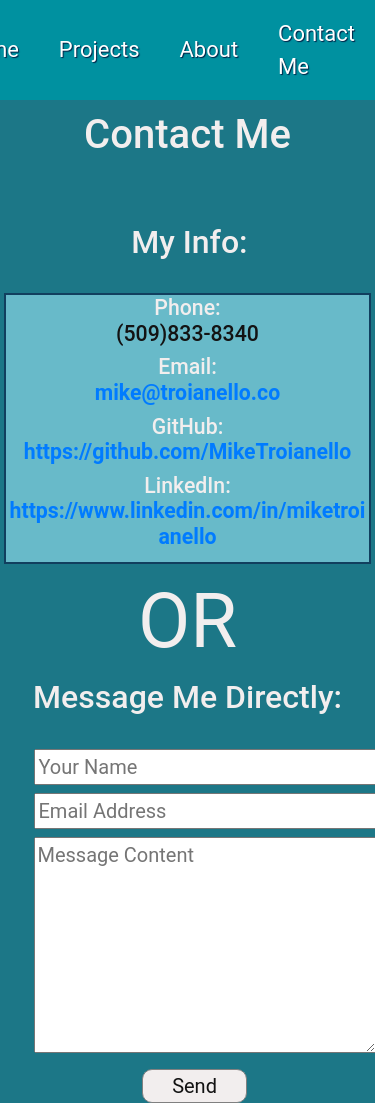
Repository: MikeTroianello/troianello
Page: /contact
These files come from the project's save history. The page is drawn as it stood at one moment and after the next save; the edit follows.
The browser window is 375 px wide. The pictures show the whole page.
The project was rebuilt for these pictures with package versions that can differ from the ones it lists, and the page was loaded fresh each time. Also part of the build but not shown: src/components/context-sensitive/Greet.js, src/components/locations/Home.js, src/components/locations/About/About.css, src/components/locations/About/AboutMobile.css, src/components/locations/About/About.js, src/components/cards/RainbowDay.js, src/components/cards/CanvasBubbles.js, src/components/cards/projectCard.css and 4 more.

Above is the page before, as saved 2019-08-03 00:40:10.

### public/index.html
<!DOCTYPE html>
<html lang="en">
  <head>
    <meta charset="utf-8" />
    <link rel="shortcut icon" href="%PUBLIC_URL%/favicon.ico" />
    <meta name="viewport" content="width=device-width, initial-scale=1" />
    <meta name="theme-color" content="#000000" />
    <!--
      manifest.json provides metadata used when your web app is installed on a
      user's mobile device or desktop. See https://developers.google.com/web/fundamentals/web-app-manifest/
    -->
    <link rel="manifest" href="%PUBLIC_URL%/manifest.json" />
    <!--
      Notice the use of %PUBLIC_URL% in the tags above.
      It will be replaced with the URL of the `public` folder during the build.
      Only files inside the `public` folder can be referenced from the HTML.

      Unlike "/favicon.ico" or "favicon.ico", "%PUBLIC_URL%/favicon.ico" will
      work correctly both with client-side routing and a non-root public URL.
      Learn how to configure a non-root public URL by running `npm run build`.
    -->
    <title>MIKE TROIANELLO</title>
  </head>
  <body>
    <noscript>You need to enable JavaScript to run this app.</noscript>
    <div id="root"></div>
  </body>
</html>

### src/App.js
import React, { Component } from 'react';
import { BrowserRouter as Router, Route, Switch } from 'react-router-dom';
import Header from './components/Header';
import Home from './components/locations/Home';
import About from './components/locations/About/About';
import Projects from './components/locations/Projects';
import Contact from './components/locations/Contact/Contact';
import NotFound from './components/locations/NotFound';
import Greet from './components/context-sensitive/Greet.js';
import './App.css';

class App extends Component {
  // state = {
  //   header: '',
  //   hours: new Date().getHours()
  // };

  // componentDidMount() {
  //   window.addEventListener('scroll', this.handleScroll);
  // }

  // componentWillUnmount() {
  //   window.removeEventListener('scroll', this.handleScroll);
  // }

  // handleScroll = event => {
  //   let scrollTop = event.srcElement.body.scrollTop;
  //   console.log(window.scrollY);
  //   // if(window.scrollY > 200 && this.state.header) {
  //   if (window.scrollY < 88) {
  //     this.setState({ header: '' });
  //     console.log(this.state.header);
  //   }
  //   if (window.scrollY > 88 && window.scrollY < 502) {
  //     this.setState({ header: <Greet classname='header-greet' /> });
  //     console.log(this.state.header);
  //   }
  //   if (window.scrollY > 503 && window.scrollY < 1266) {
  //     this.setState({ header: 'My Projects' });
  //     console.log(this.state.header);
  //   }
  //   if (window.scrollY > 1267) {
  //     this.setState({ header: 'About Me' });
  //     console.log(this.state.header);
  //   }
  // };

  render() {
    return (
      <div className='App'>
        <Router>
          {/* <Header showHeader={this.state.header} /> */}
          <Header />
          <div>
            <Switch>
              <Route exact path='/' component={Home} />
              <Route exact path='/about' component={About} />
              <Route exact path='/projects' component={Projects} />
              <Route exact path='/contact' component={Contact} />
              <Route component={NotFound} />
            </Switch>
          </div>
        </Router>
      </div>
    );
  }
}

export default App;

### src/components/Header.js
import React, { Component } from 'react';
import { Link } from 'react-router-dom';
import Greet from '../components/context-sensitive/Greet.js';

export default class Header extends Component {
  render() {
    // let headerClass = this.props.showHeader ? 'header' : 'header transition';
    // if(this.props.showHeader == "time"){
    //   this.props.showHeader = <Greet/>
    // }
    /* <div className={headerClass}> */
    return (
      <div className='header'>
        <div className='links'>
          {/* <div className='logo'>
            <Link to='/'>Mt</Link>
          </div> */}
          <Link to='/' className='logo-2'>
            <h1 className='mt-logo'>Mt</h1>
          </Link>
          <div>{this.props.showHeader}</div>

          <div className='individual-link'>
            <Link to='/'>Home</Link>
          </div>
          <div className='individual-link'>
            <Link to='/projects'>Projects</Link>
          </div>
          <div className='individual-link'>
            <Link to='/about'>About</Link>
          </div>
          <div className='individual-link test'>
            <Link to='/contact'>Contact Me</Link>
          </div>
        </div>
      </div>
    );
  }
}

### src/components/locations/Contact/Contact.js
import React from 'react';
import './Contact.css';
import './ContactMobile.css';

export default function Contact() {
  return (
    <div className='contact-page'>
      <h1 className='contact-center'>Contact Me</h1>
      <div className='row'>
        <div className='col-sm-5 contact-side-one'>
          <h2 className='contact-center-one'>My Info:</h2>
          <div className='contact-side-one-box'>
            <h3>
              Phone:
              <br />
              <span className='contact-number'>(509)833-8340</span>
            </h3>
            <h3>
              <h3>
                Email:
                <br />
                <strong>
                  <a
                    href='mailto:mike@troianello.co'
                    target='_blank'
                    rel='noopener noreferrer'
                  >
                    mike@troianello.co
                  </a>
                </strong>
              </h3>
              GitHub:
              <br />
              <strong>
                <a
                  href='https://github.com/MikeTroianello'
                  target='_blank'
                  rel='noopener noreferrer'
                >
                  https://github.com/MikeTroianello
                </a>
                <br />
              </strong>
            </h3>
            <h3>
              LinkedIn: <br />
              <strong>
                <a
                  href='https://www.linkedin.com/in/miketroianello'
                  target='_blank'
                  rel='noopener noreferrer'
                >
                  https://www.linkedin.com/in/miketroianello
                </a>
              </strong>
            </h3>
          </div>
        </div>
        <div className='col-sm-2 or'>OR</div>
        <div className='col-sm-5 contact-side-two'>
          <h2 className='contact-center-two'>Message Me Directly:</h2>
          <form
            className='contact-message'
            action='https://formspree.io/mike@troianello.co'
            method='POST'
          >
            <label>
              <input
                type='name'
                name='name'
                className='contact-message-input'
                placeholder='Your Name'
              />
            </label>
            <label>
              <input
                type='email'
                name='email'
                className='contact-message-input'
                placeholder='Email Address'
              />
            </label>
            <label>
              <textarea
                rows='7'
                name='content'
                className='contact-message-input'
                placeholder='Message Content'
              />
            </label>
            <button className='contact-button'>Send</button>
          </form>
        </div>
      </div>
    </div>
  );
}

### src/App.css
:root {
  --off-black: #131313;
  --off-white: #f2eeee;
}

.App {
  font-family: 'roboto';
}
@import url('https://fonts.googleapis.com/css?family=Chivo&display=swap');
@import url('https://fonts.googleapis.com/css?family=Roboto&display=swap');
@import url('https://fonts.googleapis.com/css?family=Exo+2:800&display=swap');

.App-header {
  background-color: #282c34;
  min-height: 100vh;
  display: flex;
  flex-direction: column;
  /* align-items: center; */
  justify-content: center;
  font-size: calc(10px + 2vmin);
  /* color: white; */
}

/* .App-link {
  color: #61dafb;
} */

body {
  padding-top: 47px;
}

div {
  font-size: 20px;
}

p {
  margin-left: 4em;
  color: var(--off-black);
}

/* HEADER */

.header {
  background-color: #0091a0;
  /* background-color: #192e6c; */
  overflow: hidden;
  position: fixed;
  top: 0;
  width: 100%;
  height: 100px;
  z-index: 1;
  transition: all 0.5s;
}

.header.transition {
  transition: all 0.5s;
}

.header a {
  text-decoration: none;
  font-family: 'roboto';
  color: white;
  text-shadow: 1px 1px 1px #002145;
  font-size: 1.1em;
}

/* HOME PAGE */

/* .home-bg {
  height: 300vh;
} */

.link {
  margin-left: 15em;
}

.link a {
  color: var(--off-white);
  background-color: #0091a0;
  border-style: solid;
  border-color: #a2d7dc;
  border-width: 2px;
  font-size: 1.75em;
  padding: 0.5em;
  /* border-radius: 5px; */
}

.home-top {
  background-color: #0091a0;
  height: 65vh;
  width: 100%;
  transform: skewY(-5deg);
  margin-top: -5vh;
  padding: 0;
}

.home-top h1 {
  text-align: center;
  color: var(--off-white);
  font-size: 5em;
  padding-left: 0.6em;
  padding-top: 0.8em;
  margin-bottom: 0;
  padding-bottom: 0;
  transform: skewY(5deg);
  text-shadow: 1px 1px 1px #007783;
}

.home-top h2 {
  text-align: center;
  color: var(--off-white);
  padding-left: 0.6em;
  margin-bottom: 0;
  padding-bottom: 0;
  transform: skewY(5deg);
  text-shadow: 1px 1px 1px #007783;
}

.home-typewriter-setup {
  /* position: relative;
    width: 29em;
    margin: 0 auto;
    text-align: center;
    white-space: nowrap;
    overflow: hidden; */
  position: relative;
  width: 24em;
  margin: 10vh auto;
  border-right: 3px solid rgba(255, 255, 255, 0.75);
  font-size: 180%;
  text-align: center;
  white-space: nowrap;
  overflow: hidden;
}

.home-typewriter-animation {
  animation: typewriter 4s steps(65) 1s 1 normal both,
    blinkTextCursor 1000ms steps(40) infinite normal;
}

@keyframes typewriter {
  from {
    width: 0;
  }
  to {
    width: 29.5em;
  }
}
@keyframes blinkTextCursor {
  from {
    border-right-color: rgba(255, 255, 255, 0.75);
  }
  to {
    border-right-color: transparent;
  }
}

.home-fade1 {
  height: 2vh;
  width: 100%;
  background-color: #a2d7dc;
  transform: skewY(-5deg);
  margin-top: -1vh;
}

.home-fade2 {
  height: 1vh;
  width: 100%;
  background-color: #e1e3e5;
  /* margin-top: -1vh; */
}

.home-about {
  height: 105vh;
  background: url('./components/images/pics/album-pics/thumbnail-3.jpg')
    no-repeat;
  background-size: 100% auto;
  background-position: 0 -30vh;
  /* background-repeat: no-repeat; */
  /* background-color: #909a9f; */
}

.home-about h1 {
  color: var(--off-white);
  font-size: 4.25em;
  margin-left: 1.25em;
}

.home-projects {
  font-size: 2em;
  padding-top: 1em;
  height: 110vh;
}

.home-projects h1 {
  color: var(--off-black);
  font-size: 2em;
  text-align: center;
}

.home-album-text {
  mix-blend-mode: difference;

  /* mix-blend-mode: exclusion; */
}

.home-contact {
  height: 50vh;
}

.home-contact h1 {
  font-size: 4.5em;
  margin-left: 1em;
  color: var(--off-white);
}

/* PROJECTS PAGE */

.projects {
  background-color: #1c7787;
  color: var(--off-white);
  /* height: 104vh; */
  /* margin-top: -3em; */
  padding-top: 3em;
  overflow: hidden;
  min-height: 97.45vh;
}

.project-box {
  display: flex;
  flex-wrap: wrap;
  justify-content: space-around;
  text-decoration: none;
  /* margin: 1vh 0; */
}

/* .project-box :hover {
  background: rgba(0, 0, 0, 1);
} */

.projects-title {
  text-align: center;
}

.projects-technologies {
  padding: 10vh 0 0 1.33vw;
  background-color: #1c7787;
  border-right: 1.5px solid black;
}

/* COLOR SCHEME REMAINING CLASSES DON'T DELETE YET!!!! */

/* .container-fluid {
  height: 500px;
} */

/* .row {
  height: 500px;
} */

.links {
  display: flex;
  justify-content: flex-end;
  align-items: center;
}

.individual-link {
  margin: 0 1em;
}

/* logo */

.logo {
  color: white;
  padding: 1px 6px;
  font-size: 1.35em;
  font-weight: bold;
  border-style: solid;
  border-color: White;
  border-width: 2px;
  margin: 20px auto 20px 15px;
}

.logo-2 {
  color: white;
  padding: 1px 6px 0;
  font-weight: bold;
  border-style: solid;
  border-color: White;
  border-width: 2px;
  margin: 20px auto 20px 15px;
}

.mt-logo {
  margin: 3px 0;
}

.react {
  animation-name: spin;
  animation-duration: 35s;
  animation-iteration-count: infinite;
  animation-timing-function: linear;
}

@keyframes spin {
  from {
    transform: rotate(0deg);
  }
  to {
    transform: rotate(360deg);
  }
}

/* table,
th,
td {
  border: 2px solid black;
}

td {
  font-size: 2em;
} */

### src/components/locations/Contact/Contact.css
.contact-page {
  background-color: #1c7787;
  color: var(--off-white);
  /* height: 101.8vh; HERE */
  min-height: 101.8vh;
  overflow: hidden;
  margin-top: -3em;
  padding-top: 3em;
}

.contact-page h1 {
  margin: 8vh;
}

/* .contact-side-one {
  } */

.contact-side-one-box {
  border: 2px solid #113f5e;
  background-color: rgba(137, 215, 229, 0.7);
  text-align: center;
  margin-left: 1vw;
  margin-right: 1vw;
  padding-bottom: 5px;
  word-wrap: break-word;
}

.contact-number {
  color: var(--off-black);
}

.contact-center {
  text-align: center;
  margin-bottom: 4vh;
}

.contact-center-one {
  text-align: center;
  margin-bottom: 4vh;
  margin-left: 1vw;
}

.contact-center-two {
  text-align: center;
  margin-bottom: 4vh;
}

.or {
  margin-bottom: 15vh;
  display: flex;
  justify-content: center;
  align-items: center;
  font-size: 3.8em;
  color: var(--off-white);
}

/* .contact-side-two{
    display: flex;
  } */

.contact-message {
  flex-direction: column;
  /* align-items:center; */
  display: flex;
}

.contact-message-input {
  width: 90%;
}

.contact-button {
  width: 30%;
  border: 1px solid gray;
  border-radius: 10px;
  color: var(--off-black);
  background: var(--off-white);
  margin-left: 32%;
}

### src/components/locations/Contact/ContactMobile.css
@media (max-width: 425px) {
  .contact-page {
    min-height: 101.8vh;
    overflow: hidden;
    margin-top: -3em;
    padding-top: 3em;
  }

  .contact-page h1 {
    margin: 8vh;
  }

  .contact-page h3 {
    font-size: 1.33rem;
  }

  /* .contact-side-one {
  } */

  .contact-side-one-box {
    border: 2px solid #113f5e;
    background-color: rgba(137, 215, 229, 0.7);
    text-align: center;
    margin-left: 1vw;
    margin-right: 1vw;
    padding-bottom: 5px;
    word-wrap: break-word;
  }

  .contact-number {
    color: var(--off-black);
  }

  .contact-center {
    text-align: center;
    margin-bottom: 4vh;
  }

  .contact-center-one {
    text-align: center;
    margin-bottom: 4vh;
    margin-left: 1vw;
  }

  .contact-center-two {
    text-align: center;
    margin-bottom: 4vh;
  }

  .or {
    margin-bottom: 0 !important;
    display: flex;
    justify-content: center;
    align-items: center;
    font-size: 3.8em;
    color: var(--off-white);
  }

  /* .contact-side-two{
    display: flex;
  } */

  .contact-message {
    margin: 0 -4px 0 31px;
  }

  .contact-message-input {
    width: 98%;
    margin-left: 1%;
  }

  .contact-button {
    width: 30%;
    border: 1px solid gray;
    border-radius: 10px;
    color: var(--off-black);
    background: var(--off-white);
    margin-left: 32%;
  }
}

Loaded but not shown: src/index.js (common file); src/index.css (common file); src/serviceWorker.js (common file)

After the next save:
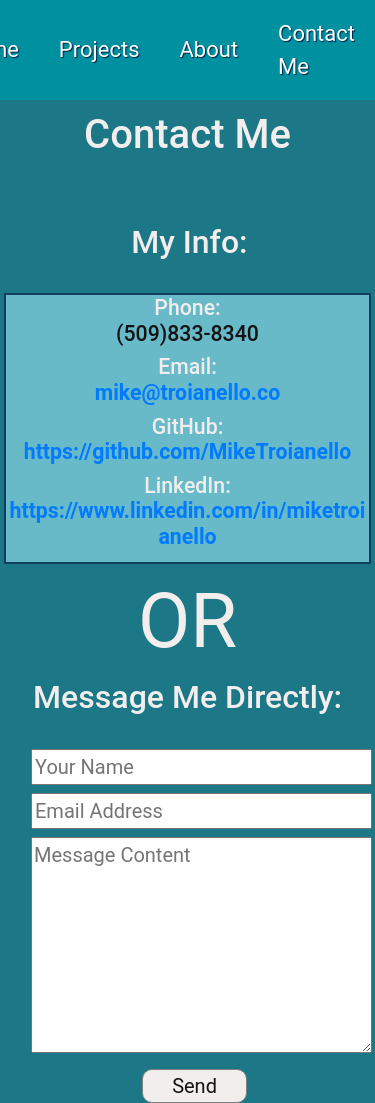
Saved 2 min 16 s later.
--- a/src/components/locations/Contact/ContactMobile.css
+++ b/src/components/locations/Contact/ContactMobile.css
@@ -66,7 +66,7 @@
 
   .contact-message-input {
     width: 98%;
-    margin-left: 1%;
+    /* margin-left: 1%; */
   }
 
   .contact-button {
